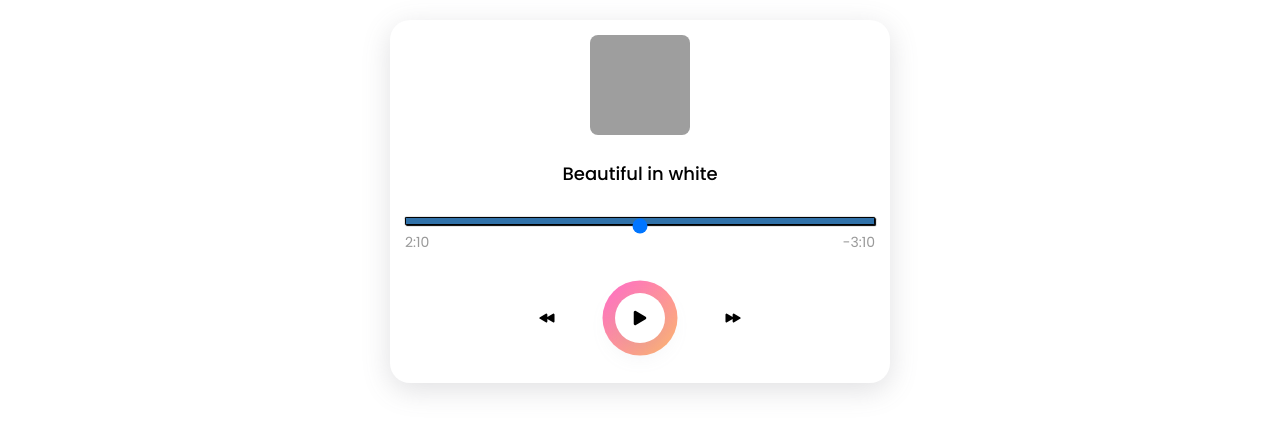
Repository: quyenpv10/mp3__music
Page: index.html
These files come from the project's save history. The page is drawn as it stood at one moment and after a run of saves; the edit follows.
The browser window is 1280 px wide. The pictures show the whole page.
Pictures or frames that could not be fetched are drawn as grey boxes.

Above is the page before, as saved 2021-12-10 20:23:01.

After the next 2 saves:
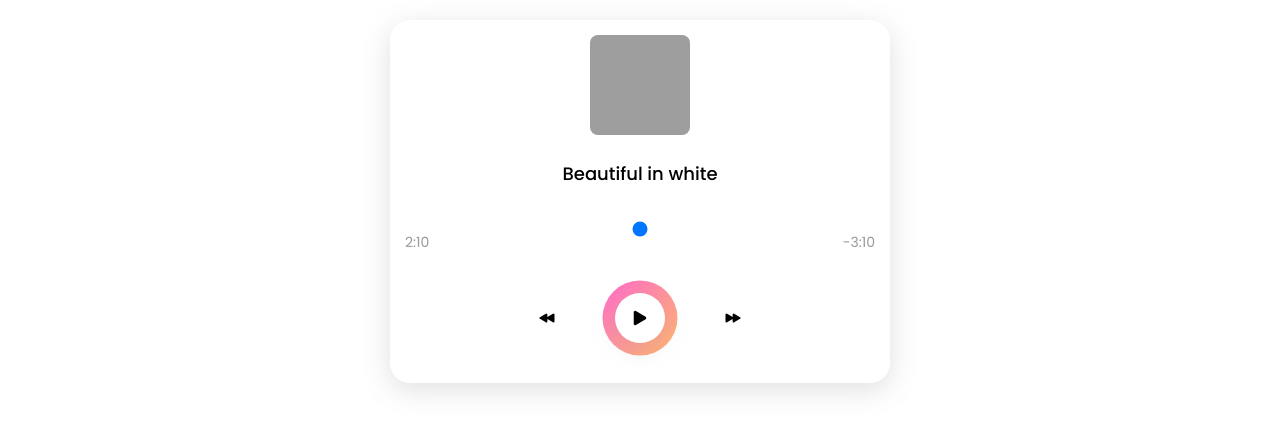
The 2 saves are shown as one change because they came seconds apart.
The last was saved 19 s later.
--- a/app.css
+++ b/app.css
@@ -131,10 +131,5 @@ body {
 
 .range::-webkit-slider-runnable-track {
     width: 100%;
-    height: 8.4px;
-    cursor: pointer;
-    box-shadow: 1px 1px 1px #000000, 0px 0px 1px #0d0d0d;
-    background: #3071a9;
-    border-radius: 1.3px;
-    border: 0.2px solid #010101;
+    height: 4px;
 }
